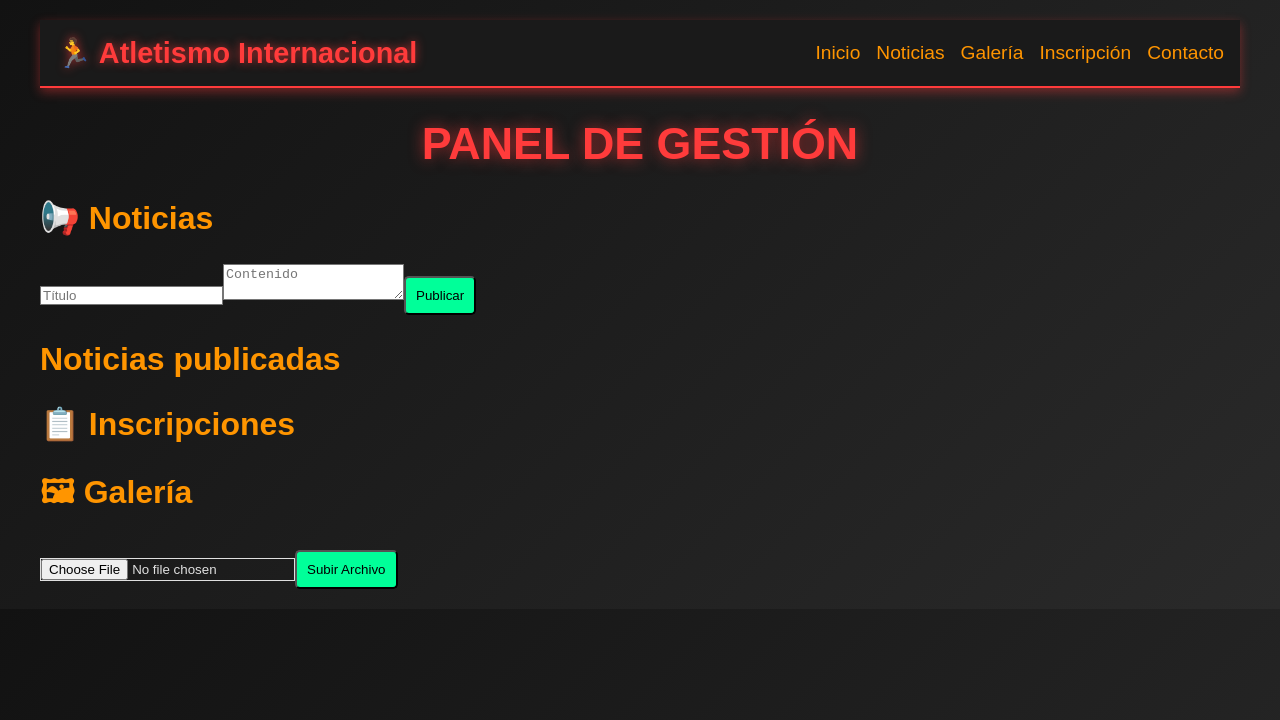
Repository: demoniers/web-meeting
Page: /panel
These files come from the project's save history. The page is drawn as it stood at one moment and after the next save; the edit follows.
The browser window is 1280 px wide. The pictures show the whole page.
The page's requests for data from a server got no answer. The project was rebuilt for these pictures with package versions that can differ from the ones it lists, and the page was loaded fresh each time. No one was signed in, and anything a server would have sent is missing. Also part of the build but not shown: vite.config.js, src/pages/Home.jsx, src/pages/Noticias.jsx, src/pages/Galeria.jsx, src/pages/Inscripcion.jsx, src/pages/Login.jsx, src/pages/Register.jsx.

Above is the page before, as saved 2025-05-08 12:50:53.

After the next save:
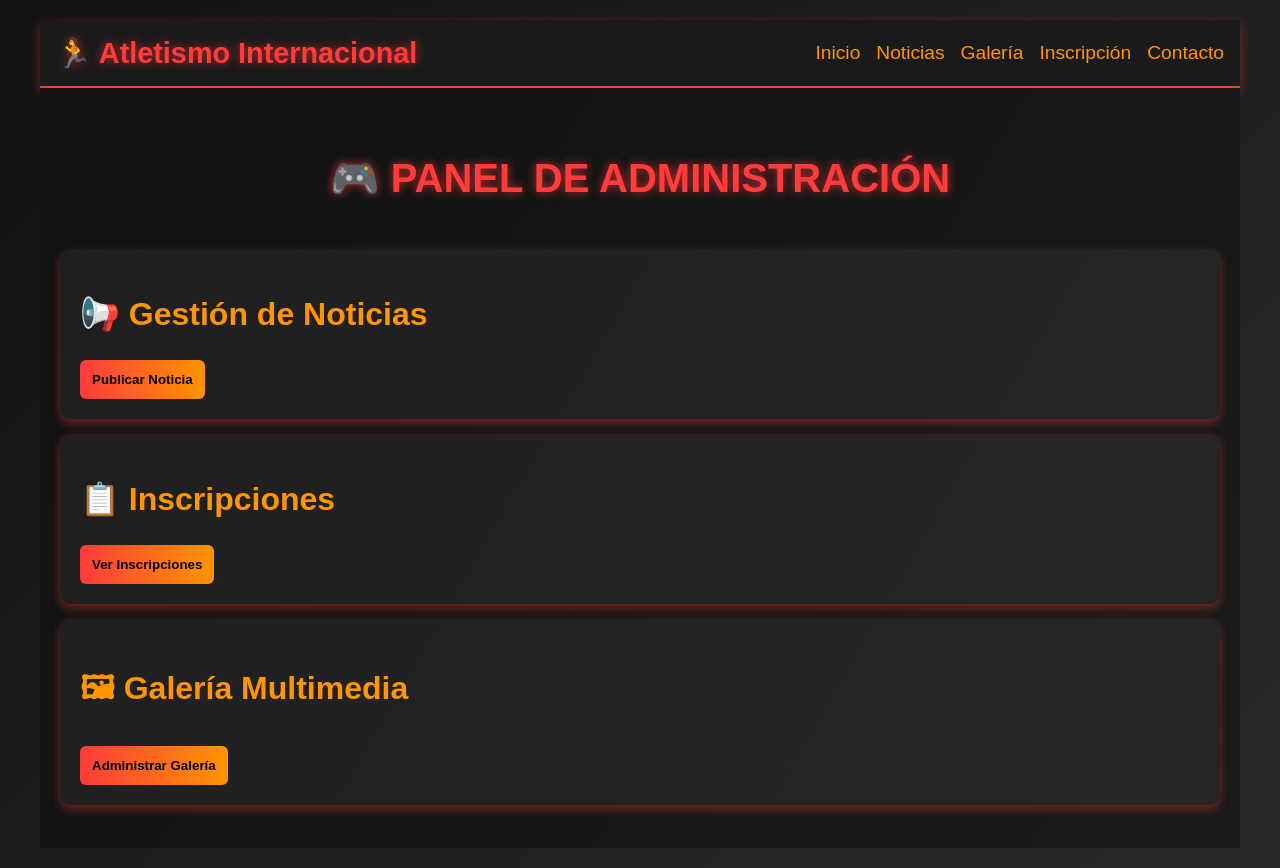
Saved 48 s later.
--- a/src/pages/Panel.jsx
+++ b/src/pages/Panel.jsx
@@ -1,4 +1,5 @@
 import { useEffect, useState } from "react";
+import styles from "../styles/adminPanel.module.css";
 
 export default function Panel() {
   const [news, setNews] = useState([]);
@@ -78,45 +79,23 @@ export default function Panel() {
   };
 
   return (
-    <div className="p-6">
-      <h1 className="text-red-400 text-3xl font-bold">Panel de Gestión</h1>
+    <div className={styles["panel-container"]}>
+      <h1 className={styles["panel-header"]}>🎮 Panel de Administración</h1>
 
-      {/* 📢 Gestión de Noticias */}
-      <h2 className="text-orange-400 text-2xl mt-6">📢 Noticias</h2>
-      <input name="title" placeholder="Título" onChange={(e) => setNewArticle({ ...newArticle, title: e.target.value })} className="border p-2" />
-      <textarea name="content" placeholder="Contenido" onChange={(e) => setNewArticle({ ...newArticle, content: e.target.value })} className="border p-2"></textarea>
-      <button className="bg-red-500 p-2 text-black" onClick={handleCreateNews}>Publicar</button>
+      <div className={styles["panel-card"]}>
+        <h2>📢 Gestión de Noticias</h2>
+        <button className={styles["panel-button"]}>Publicar Noticia</button>
+      </div>
 
-      <h2 className="text-red-400 text-xl mt-6">Noticias publicadas</h2>
-      {news.map((article) => (
-        <div key={article.id} className="border p-4">
-          <h2>{article.title}</h2>
-          <p>{article.content}</p>
-          <button className="bg-red-600 p-2 mt-2 text-black" onClick={() => handleDeleteNews(article.id)}>Eliminar</button>
-        </div>
-      ))}
+      <div className={styles["panel-card"]}>
+        <h2>📋 Inscripciones</h2>
+        <button className={styles["panel-button"]}>Ver Inscripciones</button>
+      </div>
 
-      {/* 📋 Gestión de Inscripciones */}
-      <h2 className="text-orange-400 text-2xl mt-6">📋 Inscripciones</h2>
-      {inscripciones.map((inscripcion) => (
-        <div key={inscripcion.id} className="border p-4">
-          <p><strong>Nombre:</strong> {inscripcion.nombre} {inscripcion.apellidos}</p>
-          <p><strong>Email:</strong> {inscripcion.email}</p>
-          <p><strong>Prueba:</strong> {inscripcion.prueba}</p>
-        </div>
-      ))}
-
-      {/* 🖼 Gestión de Galería */}
-      <h2 className="text-red-400 text-2xl mt-6">🖼 Galería</h2>
-      <input type="file" onChange={(e) => setFile(e.target.files[0])} className="border p-2" />
-      <button onClick={handleUpload} className="bg-red-500 p-2 text-black">Subir Archivo</button>
-
-      {gallery.map((media) => (
-        <div key={media.id} className="border p-4">
-          {media.tipo === "imagen" ? <img src={media.archivo} className="w-full" /> : <video src={media.archivo} controls className="w-full" />}
-          <button onClick={() => handleDeleteMedia(media.id)} className="bg-red-600 p-2 mt-2 text-black">Eliminar</button>
-        </div>
-      ))}
+      <div className={styles["panel-card"]}>
+        <h2>🖼 Galería Multimedia</h2>
+        <button className={styles["panel-button"]}>Administrar Galería</button>
+      </div>
     </div>
   );
 }
